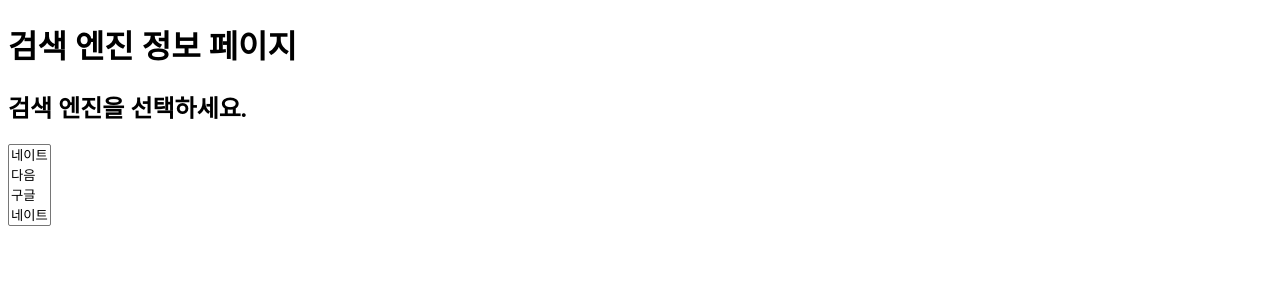
Repository: Endki/self_study_wep
Page: http://localhost/self-study-04/move.jsp
These files come from the project's save history. The page is drawn as it stood at one moment and after the next save; the edit follows.
The browser window is 1280 px wide. The pictures show the whole page.
The page is served by Tomcat 9.

Above is the page before, as saved 2018-08-02 08:06:00.

After the next save:
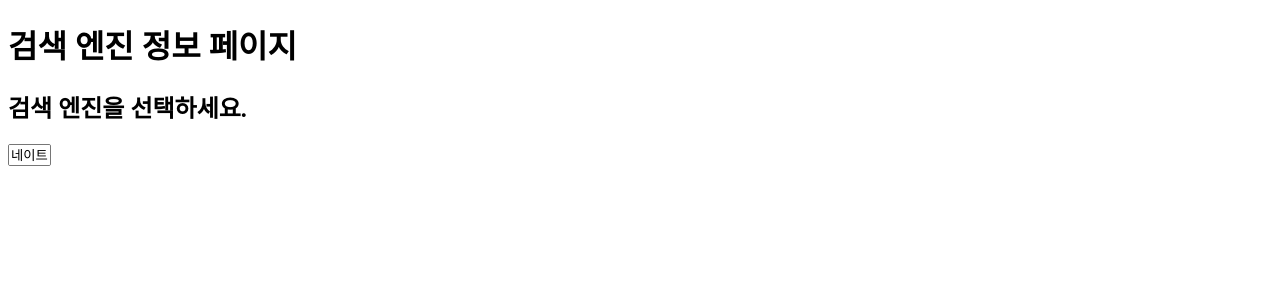
Saved 8 s later.
--- a/self_study/self-study-04/WebContent/move.jsp
+++ b/self_study/self-study-04/WebContent/move.jsp
@@ -12,7 +12,7 @@
 <form action="move_redirect.jsp" method="post">
 	<table>
 		<tr>
-		<select id="wepsite" name="wepsite" size="4" multiple="multiple">
+		<select id="wepsite" name="wepsite" size="1" multiple="multiple">
 			<option value="네이트" > 네이트</option>
 			<option value="다음">다음</option>
 			<option value="구글">구글</option>
